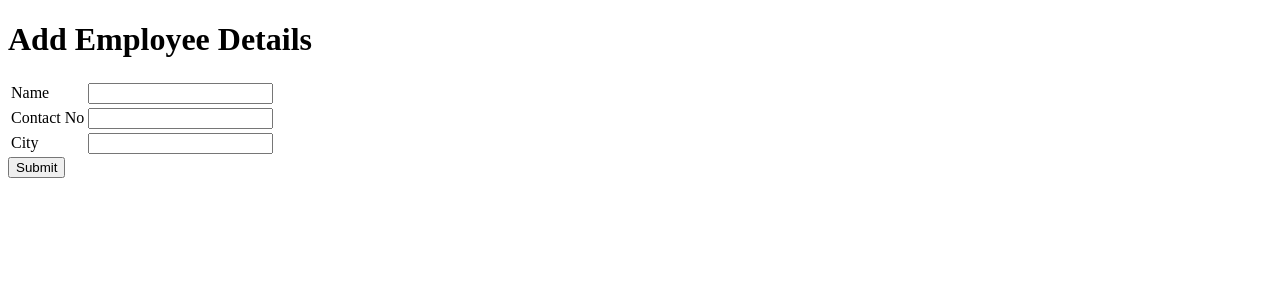
Repository: radhikasarda/RestEasyDemo
Page: http://localhost/RestDemo/
These files come from the project's save history. The page is drawn as it stood at one moment and after the next save; the edit follows.
The browser window is 1280 px wide. The pictures show the whole page.
The page is served by Tomcat 9. Nobody is signed in. The application's start-up code is not run. Other server files are loaded and not shown.

Above is the page before, as saved 2019-06-25 10:43:47.

### RestDemo/src/main/webapp/index.jsp
<%@ page language="java" contentType="text/html; charset=ISO-8859-1"
    pageEncoding="ISO-8859-1"%>
<!DOCTYPE html PUBLIC "-//W3C//DTD HTML 4.01 Transitional//EN" "http://www.w3.org/TR/html4/loose.dtd">
<html>
<head>
<meta http-equiv="Content-Type" content="text/html; charset=ISO-8859-1">
<title>CRUD OPERATIONS</title>
</head>
<body>
<h1>Add Employee Details</h1>
<script>
function myFunction() {
  alert("Inserted Successfully");
}
</script>
<form action="<%=request.getContextPath() %>/add" method="post" id="insertForm">
      <table style="with: 50%">
        <tr>
          <td>Name</td>
          <td><input type="text" name="name" /></td>
        </tr>

        <tr>
          <td>Contact No</td>
          <td><input type="text" name="contact" /></td>
        </tr>

        <tr>
          <td>City</td>
          <td><input type="text" name="city" /></td>
        </tr>

      </table>
      <input type="submit" value="Submit" name="button" onClick="myFunction() ;clearForm(this.form)"/></form>
</body>
</html>

After the next save:
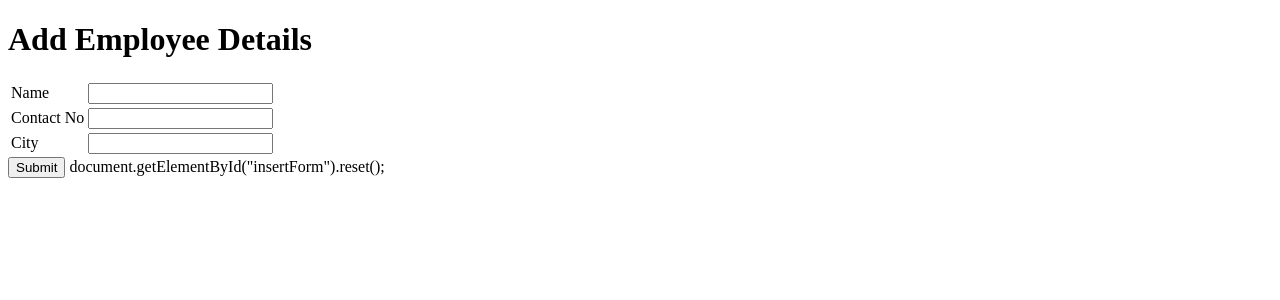
Console error: SyntaxError: Unexpected end of input
Saved 3 min 26 s later.
--- a/RestDemo/src/main/webapp/index.jsp
+++ b/RestDemo/src/main/webapp/index.jsp
@@ -9,9 +9,13 @@
 <body>
 <h1>Add Employee Details</h1>
 <script>
-function myFunction() {
+function alertBox() {
   alert("Inserted Successfully");
+
+function reset(){
+	 document.getElementById("insertForm").reset();
 }
+
 </script>
 <form action="<%=request.getContextPath() %>/add" method="post" id="insertForm">
       <table style="with: 50%">
@@ -31,6 +35,8 @@
         </tr>
 
       </table>
-      <input type="submit" value="Submit" name="button" onClick="myFunction() ;clearForm(this.form)"/></form>
+      <input type="submit" value="Submit" name="button" onClick="alertBox() ;reset()"/>
+      document.getElementById("insertForm").reset();
+      </form>
 </body>
 </html>

After the save that followed:
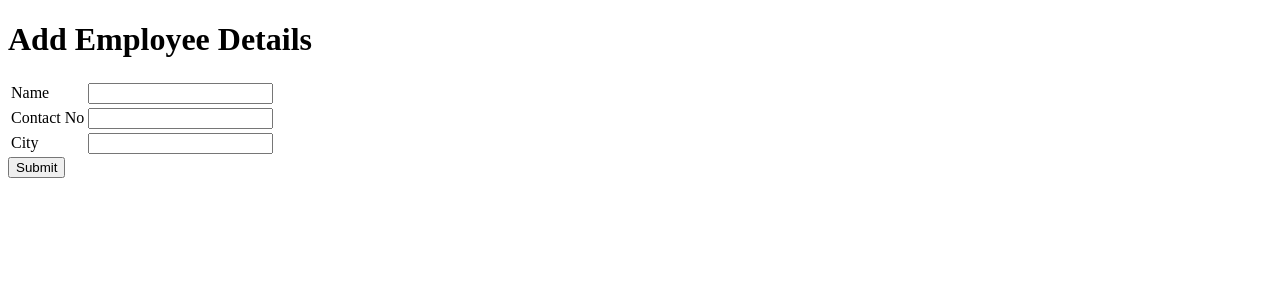
Saved 11 s later.
--- a/RestDemo/src/main/webapp/index.jsp
+++ b/RestDemo/src/main/webapp/index.jsp
@@ -36,7 +36,7 @@
 
       </table>
       <input type="submit" value="Submit" name="button" onClick="alertBox() ;reset()"/>
-      document.getElementById("insertForm").reset();
+
       </form>
 </body>
 </html>
